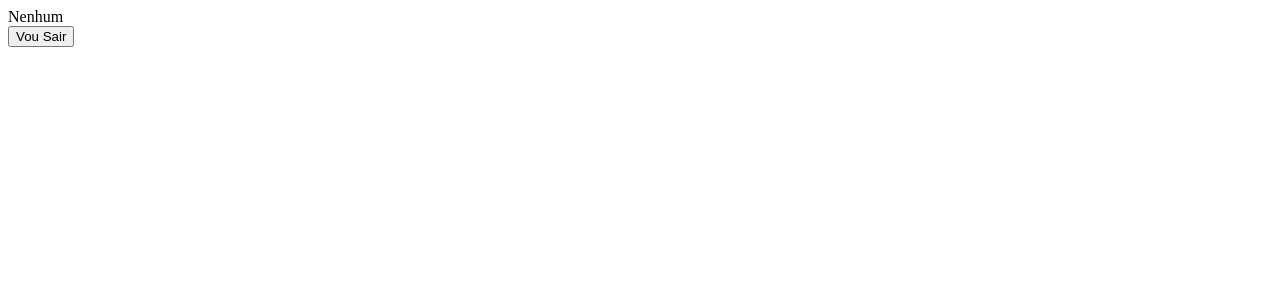
Repository: eversonps/react-fundamentos
Page: / (app in v4/)
The author's editor kept a copy of each file at every save. The page is drawn from the files as they stood at one save, then again after a run of saves.
The browser window is 1280 px wide. The pictures show the whole page.
The project was rebuilt for these pictures with package versions that can differ from the ones it lists, and the page was loaded fresh each time. Also part of the build but not shown: v4/src/componentes/ComponenteClasse.jsx.

Above is the page before, as saved 2022-03-24 17:15:54.

After the next 2 saves:
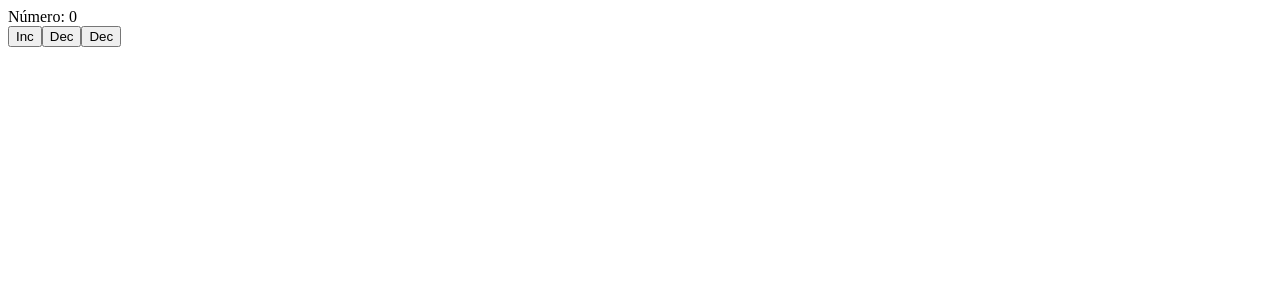
The 2 saves are shown as one change because 1 did not build or start.
The last was saved 55 s later.
--- a/v4/src/index.js
+++ b/v4/src/index.js
@@ -1,12 +1,11 @@
 import ReactDOM from "react-dom"
 import React from "react"
-import Pai from "./componentes/Pai"
-import ComponentClasse from "./componentes/ComponenteClasse"
+import Contador from "./componentes/Contador"
 
 const elemento = document.getElementById("root")
 ReactDOM.render(
     <div>
-        <Pai></Pai>
+        <Contador numero={0}></Contador>
     </div>,
     elemento
 )
